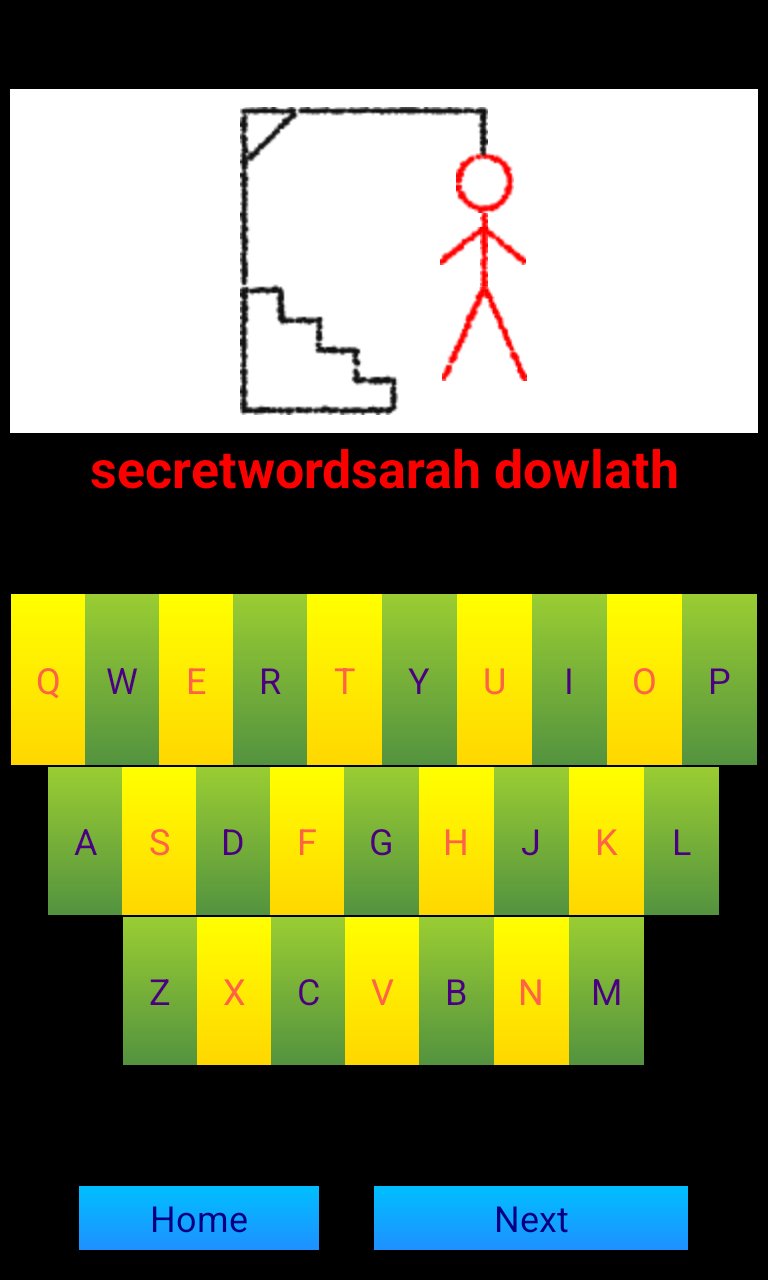
Repository: SarahDowlath/TriniHangman
Layout: workspace3/Trini-Hangman/res/layout/game.xml
The author's editor kept a copy of each file at every save. The layout is drawn from the files as they stood at one save, then again after the next save.
It is drawn on a 768 x 1280 px phone screen (xhdpi) without system bars, with theme AppTheme; the app's code is not run.

Above is the layout before, as saved 2014-07-07 17:55:43.

### workspace3/Trini-Hangman/res/layout/game.xml
<LinearLayout xmlns:android="http://schemas.android.com/apk/res/android"
    xmlns:tools="http://schemas.android.com/tools"
    android:id="@+id/LinearLayoutFinal"
    android:layout_width="fill_parent"
    android:layout_height="wrap_content"
    android:layout_gravity="bottom"
    android:layout_marginBottom="0dp"
    android:background="#FF000000"
    android:gravity="center"
    android:orientation="vertical"
    android:padding="5dp"
    android:paddingBottom="@dimen/activity_vertical_margin"
    android:paddingLeft="@dimen/activity_horizontal_margin"
    android:paddingRight="@dimen/activity_horizontal_margin"
    android:paddingTop="@dimen/activity_vertical_margin" >

    <TextView
        android:id="@+id/textLevel"
        android:layout_width="fill_parent"
        android:layout_height="wrap_content"
        android:layout_weight="0.5"
        android:gravity="center"
        android:text=""
        android:textColor="#ffff"
        android:textSize="20sp"
        android:textStyle="bold" />

    <RelativeLayout
        android:id="@+id/hangmanGallows"
        android:layout_width="match_parent"
        android:layout_height="172dp"
        android:background="#FFFFFF"
        android:gravity="center"
        android:visibility="visible" >

        <ImageView
            android:id="@+id/imageView2"
            android:layout_width="wrap_content"
            android:layout_height="wrap_content"
            android:contentDescription="@string/gallows"
            android:paddingLeft="0dp"
            android:paddingTop="0dp"
            android:src="@drawable/android_hangman_gallows" />



        <ImageView
            android:id="@+id/body"
            android:layout_width="wrap_content"
            android:layout_height="wrap_content"
            android:contentDescription="@string/body"
            android:paddingLeft="120dp"
            android:paddingTop="53dp"
            android:src="@drawable/android_hangman_body" />

        <ImageView
            android:id="@+id/arm1"
            android:layout_width="wrap_content"
            android:layout_height="wrap_content"
            android:contentDescription="@string/arm"
            android:paddingLeft="100dp"
            android:paddingTop="60dp"
            android:src="@drawable/android_hangman_arm1" />

        <ImageView
            android:id="@+id/arm2"
            android:layout_width="wrap_content"
            android:layout_height="wrap_content"
            android:contentDescription="@string/arm"
            android:paddingLeft="120dp"
            android:paddingTop="60dp"
            android:src="@drawable/android_hangman_arm2" />

        <ImageView
            android:id="@+id/leg1"
            android:layout_width="wrap_content"
            android:layout_height="wrap_content"
            android:contentDescription="@string/leg"
            android:paddingLeft="101dp"
            android:paddingTop="90dp"
            android:src="@drawable/android_hangman_leg1" />

        <ImageView
            android:id="@+id/head"
            android:layout_width="wrap_content"
            android:layout_height="wrap_content"
            android:layout_alignLeft="@+id/imageView2"
            android:layout_alignTop="@+id/imageView2"
            android:layout_weight="1"
            android:contentDescription="@string/head"
            android:paddingLeft="108dp"
            android:paddingTop="23dp"
            android:src="@drawable/android_hangman_head" />

        <ImageView
            android:id="@+id/leg2"
            android:layout_width="wrap_content"
            android:layout_height="wrap_content"
            android:layout_alignBottom="@+id/leg1"
            android:layout_alignParentLeft="true"
            android:contentDescription="@string/leg"
            android:paddingLeft="121dp"
            android:paddingTop="90dp"
            android:src="@drawable/android_hangman_leg2" />

    </RelativeLayout>

    <LinearLayout
        android:id="@+id/secretWord"
        android:layout_width="400sp"
        android:layout_height="80sp" >

        <TextView
            android:id="@+id/secretWord"
            android:layout_width="fill_parent"
            android:layout_height="wrap_content"
            android:gravity="center"
            android:text="secretwordsarah dowlath"
            android:textColor="#FC0000"
            android:textSize="26sp"
            android:textStyle="bold" />
    </LinearLayout>

         <LinearLayout
             android:id="@+id/letterLayout1"
             android:layout_width="match_parent"
             android:layout_height="wrap_content"
             android:layout_weight="1.45"
             android:gravity="center_horizontal"
             android:orientation="horizontal"
             android:padding="0.5dp"
             android:textSize="22sp"
             android:weightSum="10" >

        <Button
            android:id="@+id/buttonQ"
            android:layout_width="0dp"
            android:layout_height="fill_parent"
            android:layout_weight="1"
            android:background="@drawable/buttonletterstyle"
            android:onClick="clickLetter"
            android:text="@string/button_letter_q"
            android:textColor="@drawable/lettercolor" />


         <Button
            android:id="@+id/buttonW"
            android:layout_weight="1"
            android:layout_height="fill_parent"
            android:layout_width="0dp"
            android:onClick="clickLetter"
            android:text="@string/button_letter_w"
            android:background="@drawable/buttonletterstyle1"
            android:textColor = "@drawable/lettercolor1"
         />


         <Button
            android:id="@+id/buttonE"
            android:layout_weight="1"
            android:layout_height="fill_parent"
            android:layout_width="0dp"
            android:onClick="clickLetter"
            android:text="@string/button_letter_e"
            android:background="@drawable/buttonletterstyle"
            android:textColor = "@drawable/lettercolor"
         />

         <Button
            android:id="@+id/buttonR"
            android:layout_weight="1"
            android:layout_height="fill_parent"
            android:layout_width="0dp"
            android:onClick="clickLetter"
            android:text="@string/button_letter_r"
            android:background="@drawable/buttonletterstyle1"
            android:textColor = "@drawable/lettercolor1"
         />

         <Button
            android:id="@+id/buttonT"
            android:layout_weight="1"
            android:layout_height="fill_parent"
            android:layout_width="0dp"
            android:onClick="clickLetter"
            android:text="@string/button_letter_t"
            android:background="@drawable/buttonletterstyle"
            android:textColor = "@drawable/lettercolor"
         />

         <Button
            android:id="@+id/buttonY"
            android:layout_weight="1"
            android:layout_height="fill_parent"
            android:layout_width="0dp"
            android:onClick="clickLetter"
            android:text="@string/button_letter_y"
            android:background="@drawable/buttonletterstyle1"
            android:textColor = "@drawable/lettercolor1"
         />

         <Button
            android:id="@+id/buttonU"
            android:layout_weight="1"
            android:layout_height="fill_parent"
            android:layout_width="0dp"
            android:onClick="clickLetter"
            android:text="@string/button_letter_u"
            android:background="@drawable/buttonletterstyle"
            android:textColor = "@drawable/lettercolor"
         />


         <Button
            android:id="@+id/buttonI"
            android:layout_weight="1"
            android:layout_height="fill_parent"
            android:layout_width="0dp"
            android:onClick="clickLetter"
            android:text="@string/button_letter_i"
            android:background="@drawable/buttonletterstyle1"
            android:textColor = "@drawable/lettercolor1"
         />


         <Button
            android:id="@+id/buttonO"
            android:layout_weight="1"
            android:layout_height="fill_parent"
            android:layout_width="0dp"
            android:onClick="clickLetter"
            android:text="@string/button_letter_o"
            android:background="@drawable/buttonletterstyle"
            android:textColor = "@drawable/lettercolor"
         />

         <Button
            android:id="@+id/buttonP"
            android:layout_weight="1"
            android:layout_height="fill_parent"
            android:layout_width="0dp"
            android:onClick="clickLetter"
            android:text="@string/button_letter_p"
            android:background="@drawable/buttonletterstyle1"
            android:textColor = "@drawable/lettercolor1"
         />
    </LinearLayout>

    <LinearLayout
        android:id="@+id/letterLayout2"
        android:layout_width="fill_parent"
        android:layout_height="wrap_content"
        android:layout_weight="1"
        android:gravity="center_horizontal"
        android:orientation="horizontal"
        android:padding="0.5dp"
        android:textSize="22sp"
        android:weightSum="10" >

        <Button
            android:id="@+id/buttonA"
            android:layout_weight="1"
            android:layout_height="fill_parent"
            android:layout_width="0dp"
            android:onClick="clickLetter"
            android:text="@string/button_letter_a"
            android:background="@drawable/buttonletterstyle1"
            android:textColor = "@drawable/lettercolor1"
         />

         <Button
             android:id="@+id/buttonS"
             android:layout_width="0dp"
             android:layout_height="fill_parent"
             android:layout_weight="1"
             android:background="@drawable/buttonletterstyle"
             android:onClick="clickLetter"
             android:text="@string/button_letter_s"
             android:textColor="@drawable/lettercolor" />

         <Button
            android:id="@+id/buttonD"
            android:layout_weight="1"
            android:layout_height="fill_parent"
            android:layout_width="0dp"
            android:onClick="clickLetter"
            android:text="@string/button_letter_d"
            android:background="@drawable/buttonletterstyle1"
            android:textColor = "@drawable/lettercolor1"
         />

         <Button
            android:id="@+id/buttonF"
            android:layout_weight="1"
            android:layout_height="fill_parent"
            android:layout_width="0dp"
            android:onClick="clickLetter"
            android:text="@string/button_letter_f"
            android:background="@drawable/buttonletterstyle"
            android:textColor = "@drawable/lettercolor"
         />

         <Button
            android:id="@+id/buttonG"
            android:layout_weight="1"
            android:layout_height="fill_parent"
            android:layout_width="0dp"
            android:onClick="clickLetter"
            android:text="@string/button_letter_g"
            android:background="@drawable/buttonletterstyle1"
            android:textColor = "@drawable/lettercolor1"
         />

         <Button
            android:id="@+id/buttonH"
            android:layout_weight="1"
            android:layout_height="fill_parent"
            android:layout_width="0dp"
            android:onClick="clickLetter"
            android:text="@string/button_letter_h"
            android:background="@drawable/buttonletterstyle"
            android:textColor = "@drawable/lettercolor"
         />

         <Button
            android:id="@+id/buttonJ"
            android:layout_weight="1"
            android:layout_height="fill_parent"
            android:layout_width="0dp"
            android:onClick="clickLetter"
            android:text="@string/button_letter_j"
            android:background="@drawable/buttonletterstyle1"
            android:textColor = "@drawable/lettercolor1"
         />

         <Button
            android:id="@+id/buttonK"
            android:layout_weight="1"
            android:layout_height="fill_parent"
            android:layout_width="0dp"
            android:onClick="clickLetter"
            android:text="@string/button_letter_k"
            android:background="@drawable/buttonletterstyle"
            android:textColor = "@drawable/lettercolor"
         />

         <Button
            android:id="@+id/buttonL"
            android:layout_weight="1"
            android:layout_height="fill_parent"
            android:layout_width="0dp"
            android:onClick="clickLetter"
            android:text="@string/button_letter_l"
            android:background="@drawable/buttonletterstyle1"
            android:textColor = "@drawable/lettercolor1"
         />
    </LinearLayout>

    <LinearLayout
        android:id="@+id/letterLayout3"
        android:layout_width="fill_parent"
        android:layout_height="wrap_content"
        android:layout_weight="1"
        android:gravity="center_horizontal"
        android:orientation="horizontal"
        android:padding="0.5dp"
        android:textSize="22sp"
        android:weightSum="10" >

        <Button
            android:id="@+id/buttonZ"
            android:layout_weight="1"
            android:layout_height="fill_parent"
            android:layout_width="0dp"
            android:onClick="clickLetter"
            android:text="@string/button_letter_z"
            android:background="@drawable/buttonletterstyle1"
            android:textColor = "@drawable/lettercolor1"
         />
         <Button
            android:id="@+id/buttonX"
            android:layout_weight="1"
            android:layout_height="fill_parent"
            android:layout_width="0dp"
            android:onClick="clickLetter"
            android:text="@string/button_letter_x"
            android:background="@drawable/buttonletterstyle"
            android:textColor = "@drawable/lettercolor"
         />

         <Button
            android:id="@+id/buttonC"
            android:layout_weight="1"
            android:layout_height="fill_parent"
            android:layout_width="0dp"
            android:onClick="clickLetter"
            android:text="@string/button_letter_c"
            android:background="@drawable/buttonletterstyle1"
            android:textColor = "@drawable/lettercolor1"
         />

         <Button
            android:id="@+id/buttonV"
            android:layout_weight="1"
            android:layout_height="fill_parent"
            android:layout_width="0dp"
            android:onClick="clickLetter"
            android:text="@string/button_letter_v"
            android:background="@drawable/buttonletterstyle"
            android:textColor = "@drawable/lettercolor"
         />

         <Button
            android:id="@+id/buttonB"
            android:layout_weight="1"
            android:layout_height="fill_parent"
            android:layout_width="0dp"
            android:onClick="clickLetter"
            android:text="@string/button_letter_b"
            android:background="@drawable/buttonletterstyle1"
            android:textColor = "@drawable/lettercolor1"
         />

         <Button
            android:id="@+id/buttonN"
            android:layout_weight="1"
            android:layout_height="fill_parent"
            android:layout_width="0dp"
            android:onClick="clickLetter"
            android:text="@string/button_letter_n"
            android:background="@drawable/buttonletterstyle"
            android:textColor = "@drawable/lettercolor"
         />

         <Button
            android:id="@+id/buttonM"
            android:layout_weight="1"
            android:layout_height="fill_parent"
            android:layout_width="0dp"
            android:onClick="clickLetter"
            android:text="@string/button_letter_m"
            android:background="@drawable/buttonletterstyle1"
            android:textColor = "@drawable/lettercolor1"
         />

    </LinearLayout>

    <LinearLayout
        android:id="@+id/FinalLayout"
        android:layout_width="match_parent"
        android:layout_height="80dp"
        android:layout_marginBottom="2dp"
        android:layout_weight="0.75"
        android:gravity="center_horizontal"
        android:orientation="horizontal"
        android:padding="2dp"
        android:textSize="14sp"
        android:weightSum="7" >

        <Button
            android:id="@+id/buttonHome"
            android:layout_width="120dp"
            android:layout_height="32dp"
            android:layout_gravity="bottom"
            android:layout_marginBottom="3dp"
            android:background="@drawable/buttonnextonestyle"
            android:onClick="goHome"
            android:text="@string/button_go_home"
            android:textColor="@drawable/nextonecolor" />

        <TextView
            android:layout_width="0dp"
            android:layout_height="0dp"
            android:layout_weight="1.5" />

        <Button
            android:id="@+id/buttonNext"
            android:layout_width="120dp"
            android:layout_height="32dp"
            android:layout_gravity="bottom"
            android:layout_marginBottom="3dp"
            android:layout_weight="2"
            android:background="@drawable/buttonnextonestyle"
            android:onClick="nextOne"
            android:text="@string/button_next"
            android:textColor="@drawable/nextonecolor" />

    </LinearLayout>

</LinearLayout>

### workspace3/Trini-Hangman/res/values/strings.xml
<?xml version="1.0" encoding="utf-8"?>
<resources>

    <string name="app_name">Trini-Hangman</string>
    <string name="hello_world">Hello world!</string>
    <string name="action_settings">Settings</string>
    <string name="gallows">The Gallows</string>
	<string name="head">The Head</string>
	<string name="body">The Body</string>
	<string name="arm">An Arm</string>
	<string name="leg">A Leg</string>
	<string name="button_food_category">Food</string>
    <string name="button_music_category">Music</string>
    <string name="button_sports_category">Sports</string>

    <string name="about_text">

	Test3 Local Trinidad and Tobago version of Hangman which is a fun way to learn the culture of Trinidad and Tobago.

	TriniHangman allows you to select from a list of category all related to culture.

	You are presented with all the letters from the alphabet and can guess a letter for the secret word.

	If you guess a letter that is part of the word, the word is redisplayed with all instances of that letter shown in the correct positions, along with any letters correctly guessed on previous turns.

	For every letter guessed wrong, a bit more of the hangman is exposed.

	You have 8 tries to correctly guess the word.

        </string>

    <string name="about_title"> About Trini-Hangman </string>




    <string name="button_letter_a">A</string>
    <string name="button_letter_b">B</string>
    <string name="button_letter_c">C</string>
    <string name="button_letter_d">D</string>
    <string name="button_letter_e">E</string>
    <string name="button_letter_f">F</string>
    <string name="button_letter_g">G</string>
    <string name="button_letter_h">H</string>
    <string name="button_letter_i">I</string>
    <string name="button_letter_j">J</string>
    <string name="button_letter_k">K</string>
    <string name="button_letter_l">L</string>
    <string name="button_letter_m">M</string>
    <string name="button_letter_n">N</string>
    <string name="button_letter_o">O</string>
    <string name="button_letter_p">P</string>
    <string name="button_letter_q">Q</string>
    <string name="button_letter_r">R</string>
    <string name="button_letter_s">S</string>
    <string name="button_letter_t">T</string>
    <string name="button_letter_u">U</string>
    <string name="button_letter_v">V</string>
    <string name="button_letter_w">W</string>
    <string name="button_letter_x">X</string>
    <string name="button_letter_y">Y</string>
    <string name="button_letter_z">Z</string>
    <string name="button_go_home">Home</string>
    <string name="button_next">Next</string>

</resources>

### workspace3/Trini-Hangman/res/drawable/buttonletterstyle.xml
<?xml version="1.0" encoding="utf-8"?>
<selector xmlns:android="http://schemas.android.com/apk/res/android">
    <item android:state_pressed="true" >
        <shape>
            <solid
                android:color="#FFD700"/>
        </shape>
    </item> <!-- pressed -->
    <item android:state_enabled="false" >
        <shape>
            <solid
                android:color= "#708090"/>
        </shape>
    </item> <!-- disabled -->
    <item>
        <shape>
            <gradient
                android:startColor="#FFFF00"
                android:endColor="#FFD700"
                android:angle="270" />
        </shape>
    </item> <!-- default -->
</selector>

### workspace3/Trini-Hangman/res/drawable/lettercolor.xml
<?xml version="1.0" encoding="utf-8"?>
<selector xmlns:android="http://schemas.android.com/apk/res/android">
    <item android:state_pressed="true" android:color = "#FFFC0000" /> <!-- pressed -->
    <item android:state_enabled="false" android:color="#FFC0C0C0" />
    <item android:color="#FFFF6347"/>
</selector>

### workspace3/Trini-Hangman/res/drawable/buttonletterstyle1.xml
<?xml version="1.0" encoding="utf-8"?>
<selector xmlns:android="http://schemas.android.com/apk/res/android">
    <item android:state_pressed="true" >
        <shape>
            <solid
                android:color="#53933f"/>
        </shape>
    </item> <!-- pressed -->
    <item android:state_enabled="false" >
        <shape>
            <solid
                android:color= "#708090"/>
        </shape>
    </item> <!-- disabled -->
    <item>
        <shape>
            <gradient
                android:startColor="#9ACD32"
                android:endColor="#53933f"
                android:angle="270" />
        </shape>
    </item> <!-- default -->
</selector>

### workspace3/Trini-Hangman/res/drawable/lettercolor1.xml
<?xml version="1.0" encoding="utf-8"?>
<selector xmlns:android="http://schemas.android.com/apk/res/android">
    <item android:state_pressed="true" android:color = "#FFFC0000" /> <!-- pressed -->
    <item android:state_enabled="false" android:color="#FFC0C0C0" />
    <item android:color="#FF4B0082"/>
</selector>

### workspace3/Trini-Hangman/res/drawable/buttonnextonestyle.xml
<?xml version="1.0" encoding="utf-8"?>
<selector xmlns:android="http://schemas.android.com/apk/res/android">
    <item android:state_pressed="true" >
        <shape>
            <solid
                android:color="#1E90FF"/>
        </shape>
    </item> <!-- pressed -->
    <item android:state_enabled="false" >
        <shape>
            <solid
                android:color= "#708090"/>
        </shape>
    </item> <!-- disabled -->
    <item>
        <shape>
            <gradient
                android:startColor= "#00BFFF"
                android:endColor="#1E90FF"
                android:angle="270" />
        </shape>
    </item> <!-- default -->
</selector>

### workspace3/Trini-Hangman/res/drawable/nextonecolor.xml
<?xml version="1.0" encoding="utf-8"?>
<selector xmlns:android="http://schemas.android.com/apk/res/android">
    <item android:state_pressed="true" android:color = "#FFF0F8FF" /> <!-- pressed -->
    <item android:state_enabled="false" android:color="#FFC0C0C0" />
    <item android:color="#FF000080"	/>
</selector>

Loaded but not shown: workspace3/Trini-Hangman/res/values/styles.xml (common file); workspace3/Trini-Hangman/res/values-v11/styles.xml (common file); workspace3/Trini-Hangman/res/values-v14/styles.xml (common file); workspace3/Trini-Hangman/res/values/dimens.xml (common file); workspace3/Trini-Hangman/res/values-w820dp/dimens.xml (common file)

After the next save:
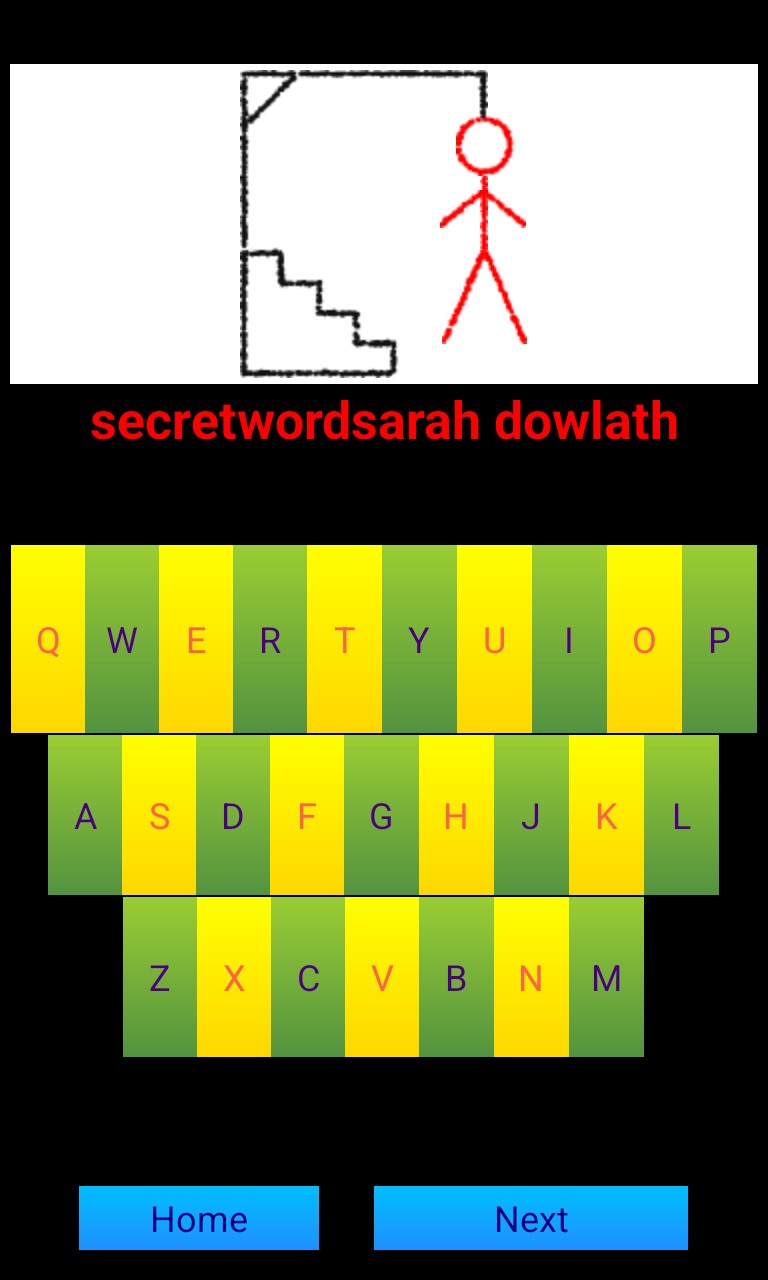
Saved 3 min 34 s later.
--- a/workspace3/Trini-Hangman/res/layout/game.xml
+++ b/workspace3/Trini-Hangman/res/layout/game.xml
@@ -18,7 +18,6 @@
         android:id="@+id/textLevel"
         android:layout_width="fill_parent"
         android:layout_height="wrap_content"
-        android:layout_weight="0.5"
         android:gravity="center"
         android:text=""
         android:textColor="#ffff"
@@ -28,7 +27,7 @@
     <RelativeLayout
         android:id="@+id/hangmanGallows"
         android:layout_width="match_parent"
-        android:layout_height="172dp"
+        android:layout_height="160dp"
         android:background="#FFFFFF"
         android:gravity="center"
         android:visibility="visible" >
@@ -107,7 +106,7 @@
 
     <LinearLayout
         android:id="@+id/secretWord"
-        android:layout_width="400sp"
+        android:layout_width="match_parent"
         android:layout_height="80sp" >
 
         <TextView
